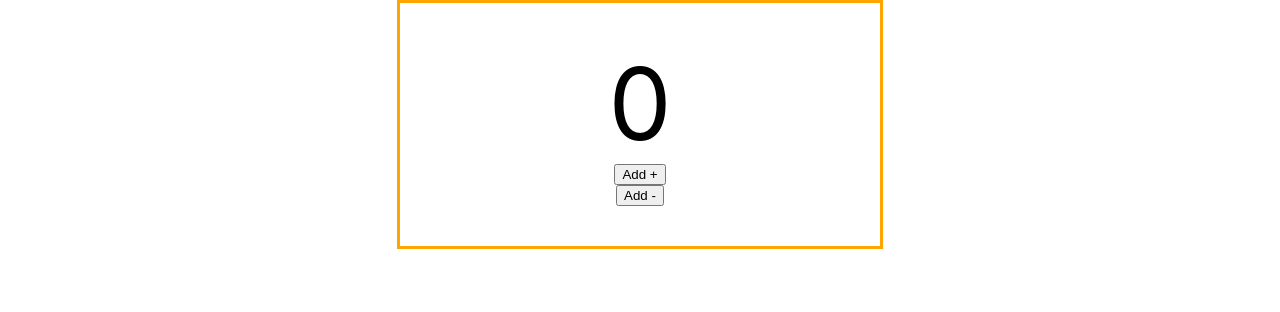
Repository: dnjfht/css-example
Page: /
An editor plug-in stored every save of this project. The page is shown before and after the next save, followed by the edit.
The browser window is 1280 px wide. The pictures show the whole page.
The project was rebuilt for these pictures with package versions that can differ from the ones it lists, and the page was loaded fresh each time.

Above is the page before, as saved 2023-05-09 18:44:28.

After the next save:
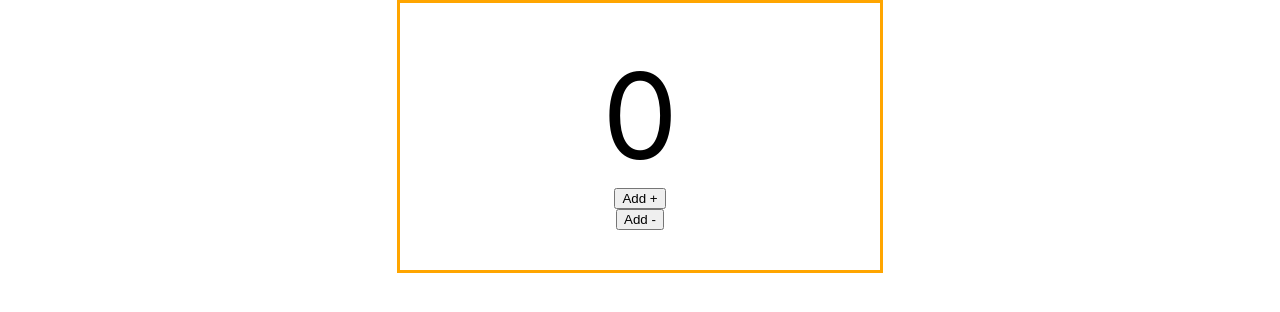
Saved 10 s later.
--- a/src/components/Counter.jsx
+++ b/src/components/Counter.jsx
@@ -21,7 +21,7 @@ export default function Counter({ count, setCount }) {
         alignItems: "center",
       }}
     >
-      <span style={{ fontSize: 100 }}>{count}</span>
+      <span style={{ fontSize: 120 }}>{count}</span>
       <button onClick={handleClickCountUp}>Add +</button>
       <button onClick={handleClickCountDown}>Add -</button>
     </div>
